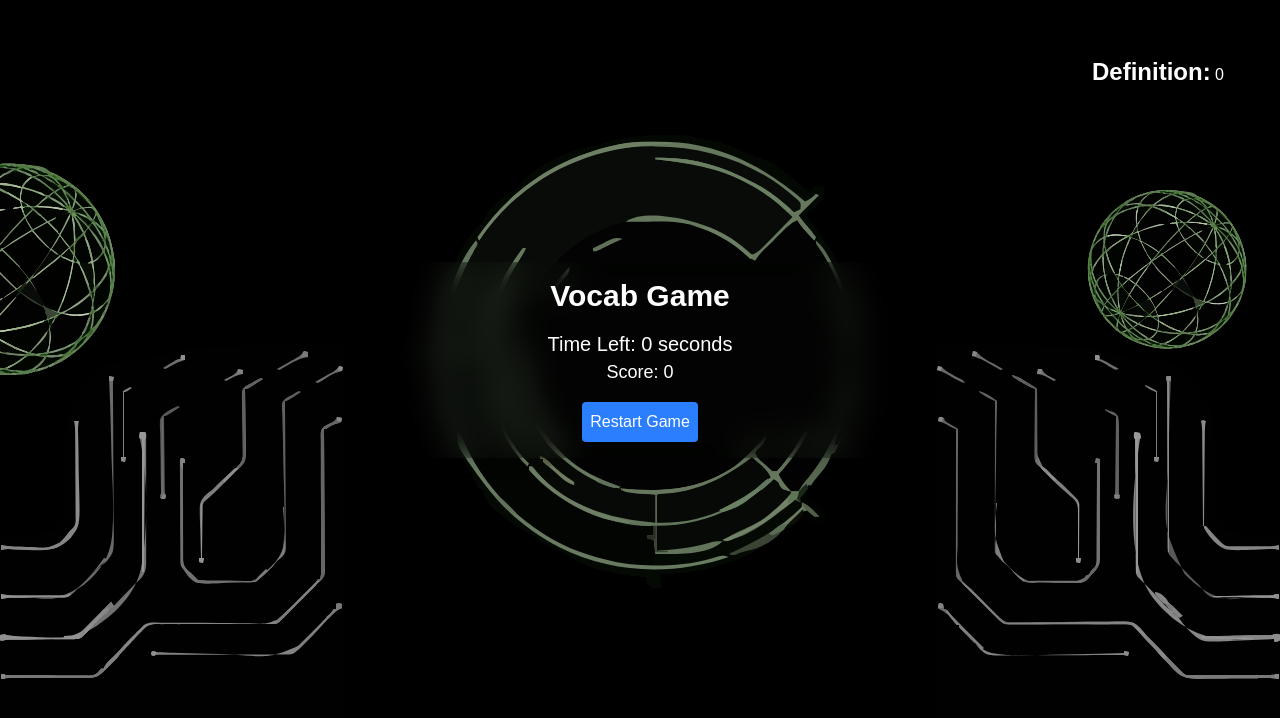
Repository: oxniw/bio-vocab
Page: /game
These files come from the project's save history. The page is drawn as it stood at one moment and after the next save; the edit follows.
The browser window is 1280 px wide. The pictures show the whole page.
The project was rebuilt for these pictures with package versions that can differ from the ones it lists, and the page was loaded fresh each time. The framework's server and built-in components were replaced by stand-ins that run in the browser. Also part of the build but not shown: next.config.ts.

Above is the page before, as saved 2025-04-05 12:29:29.

### src/app/game/page.jsx
'use client';

import { useState, useEffect } from 'react';
import Image from 'next/image';
const words = [
  { word: "Active transport", definition: "ลำเลียงสารเข้าออกเซลล์" },
  { word: "Cleavage furrow", definition: "การคอดกิ่วเซลล์" },
  { word: "Food vacuole", definition: "ออแกเนลล์เก็บอาหาร" },
  { word: "Fermentation", definition: "กระบวนการสร้างแอลกอฮอล์" },
  { word: "Kinetochore", definition: "โปรตีนที่เซนโทรเมียร์" },
  { word: "Mitochondria", definition: "ออแกเนลล์สร้างพลังงาน" },
  { word: "Phosphorylation", definition: "กระบวนการสร้าง ATP" },
  { word: "Tonicity", definition: "สภาพตึงตัว" },
  { word: "Replication fork", definition: "จุดแยกการจำลองตัว" },
  { word: "Dihybrid cross", definition: "การผสมสองลักษณะ" },
  { word: "Vector", definition: "ดีเอ็นเอพาหะ" },
  { word: "Complete flower", definition: "ดอกสมบูรณ์" },
  { word: "Aerating root", definition: "รากหายใจ" },
  { word: "Cladophyll", definition: "ลำต้นคล้ายใบ" },
  { word: "Leaf tendril", definition: "ใบมือเกาะ" },
  { word: "Tendril stem", definition: "ลำต้นมือเกาะ" },
  { word: "Suberin", definition: "สารที่มีคุณสมบัติกันน้ำ" },
  { word: "Thorny root wood", definition: "รากหนาม" },
  { word: "Vein", definition: "เส้นใบ" },
  { word: "Senescence", definition: "การเสื่อมตามอายุ" },
  { word: "Capacitance vessel", definition: "หลอดเลือดที่มีความจุ" },
  { word: "Cardiac cycle", definition: "รอบการทำงานของหัวใจ" },
  { word: "Left atrium", definition: "เอเทรียมซ้าย" },
  { word: "Pericardium", definition: "ถุงเยื้อหุ้มหัวใจ" },
  { word: "B-lymphocyte", definition: "เม็ดเลือดขาวชนิดบี" },
  { word: "cell body", definition: "ตัวเซลล์" },
  { word: "Beta - cell", definition: "เซลล์บีต้า" },
  { word: "Simple goiter", definition: "คอพอก ธรรมดา" },
  { word: "Receptor", definition: "หน่วยรับความรู้สึก" },
  { word: "Hiccup", definition: "การสะอึก" },
  { word: "Glomerulus", definition: "กลุ่มเส้นเลือดฝอย" },
  { word: "Vasa recta", definition: "กลุ่มหลอดเลือดฝอย" },
  { word: "Vena cava", definition: "หลอดเลือดกลุ่มเวนขนาดใหญ่" },
  { word: "Phagocytic cell", definition: "เซลล์ฟาโกไซต์" },
  { word: "Action potential", definition: "การเกิดกระแสประสาท" },
  { word: "Free nerve ending", definition: "ปลายประสาทอิสระ" },
  { word: "Nerve ring", definition: "เส้นประสาทวงแหวน" },
  { word: "Rod cell", definition: "เซลล์รูปแท่ง" },
  { word: "Poly A tail", definition: "โครงสร้างเติมสาย mRNA" },
  { word: "Acetyl CoA", definition: "สารตัวกลางกระบวนการหายใจ" },
  { word: "Hydrogen peroxide", definition: "สารที่เป็นพิษต่อเซลล์" },
  { word: "Somatic cell", definition: "เซลล์ร่างกาย" },
  { word: "Deletion", definition: "การขาดหาย" },
  { word: "Insertion", definition: "การเพิ่มขึ้น" },
  { word: "Nucleoplasm", definition: "ของเหลวภายในนิวเคียส" },
  { word: "Nuclear envelop", definition: "เยื้อหุ้มนิวเคียส" },
  { word: "Divergent evolution", definition: "วิวัฒนาการ เบนออก" },
  { word: "Fossil", definition: "ซากดึกดำบรรพ์" },
  { word: "Living fossil", definition: "สิ่งมีชีวิตคงสภาพดึกดำบรรพ์" },
  { word: "Analogous structure", definition: "โครงสร้างกำเนิดต่างกัน" },
  { word: "Molecule marker", definition: "เครื่องหมายโมเลกุล" },
  { word: "Incomplete dominance", definition: "ความเด่นไม่สมบูรณ์" },
  { word: "Perennial plant", definition: "พืชหลายปี" },
  { word: "Species", definition: "ชนิดของสิ่งมีชีวิต" },
  { word: "Chromatid", definition: "แขนของโครโมโซม" },
  { word: "Lysosome", definition: "ออร์แกเนลล์ที่มีเอนไซม์" },
  { word: "Genotype", definition: "การเขียนคู่ของยีน" },
  { word: "Polygene", definition: "การถ่ายทอดลักษณะทางพันธุกรรม" },
  { word: "Hybrid", definition: "สายพันธุ์ทาง" },
  { word: "Apoptosis", definition: "กระบวนการตายของเซลล์" },
  { word: "Ring canal", definition: "ท่อวงแหวนที่อยู่รอบปาก" },
  { word: "Ventilation", definition: "การระบายอากาศ" },
  { word: "Transportation", definition: "การขนส่งแก๊ส" },
  { word: "Thymus gland", definition: "ต่อมไทมัส" },
  { word: "Anus", definition: "ทวารหนัก" },
  { word: "Crop", definition: "กระเพาะพัก" },
  { word: "Bronchi", definition: "ขั้วปอด" },
  { word: "Chyme", definition: "อาหารที่คล้ายซุป" },
  { word: "Constipation", definition: "ท้องผูก" },
  { word: "Defaecation", definition: "การถ่ายอุจจาระ" },
  { word: "Esophagus", definition: "หลอดอาหาร" },
  { word: "Enamel", definition: "สารเคลือบฟัน" },
  { word: "Bile salt", definition: "เกลือน้ำดี" },
  { word: "Buccal cavity", definition: "กระพุ้งแก้ม" },
  { word: "Lymph organ", definition: "อวัยวะน้ำเหลือง" },
  { word: "Lymphatic vessel", definition: "หลอดน้ำเหลือง" },
  { word: "Papillary muscle", definition: "กล้ามเนื้อหัวใจที่นูนขึ้นมา" },
  { word: "Plasma", definition: "น้ำเลือด" },
  { word: "Vasoconstriction", definition: "การหดตัวของเลือด" },
  { word: "Immune system", definition: "ระบบภูมิคุ้มกัน" },
  { word: "Internal defense", definition: "การป้องกันภายใน" },
  { word: "T-lymphocyte", definition: "เซลล์เม็ดเลือดขาว ชนิดที" }
];

export default function VocabGame() {
  const [currentWord, setCurrentWord] = useState('');
  const [currentDef, setCurrentDef] = useState('');
  const [score, setScore] = useState(0);
  const [timeLeft, setTimeLeft] = useState(5);
  const [gameOver, setGameOver] = useState(false);
  const [scores,setScores] = useState(0)
  useEffect(() => {
    console.log(localStorage.getItem("score"))
    startGame();
  }, []);

  useEffect(() => {

    if (timeLeft > 0) {
      const timer = setTimeout(() => setTimeLeft(timeLeft - 1), 1000);
      return () => clearTimeout(timer);
    } else {
      setGameOver(true);
      localStorage.setItem("score", scores + score)
    }
  }, [timeLeft]);
  useEffect(() => {
    let storedScore = localStorage.getItem("score");
    if (storedScore === null) {
      localStorage.setItem("score", 0);
      setScores(0);
    } else {
      setScores(parseInt(storedScore));
    }
  }, []);

  function getNewWord() {
    const wordObj = words[Math.floor(Math.random() * words.length)];
    const useCorrectDef = Math.random() > 0.5;
    setCurrentWord(wordObj.word);
    setCurrentDef(useCorrectDef ? wordObj.definition : words[Math.floor(Math.random() * words.length)].definition);
  }

  function startGame() {
    setScore(0);
    setTimeLeft(5);
    setGameOver(false);
    getNewWord();
  }

  function handleAnswer(isCorrect) {
    if (!gameOver) {
      const correctDef = words.find(w => w.word === currentWord).definition === currentDef;
      setScore(prev => prev + (correctDef === isCorrect ? 1 : -1));
      getNewWord();
    }
  }

  return (
    <div className=" items-center justify-center flex bg-black h-screen overflow-x-hidden relative">
      <Image
      className="absolute top-24 -left-36 rotate-45"
      src="/com/cysphere.svg"
      alt="Next.js logo"
      width={612/2 }
      height={408/2 }
      priority
      />
      <Image
      className="absolute top-24 -right-10 rotate-45 scale-75"
      src="/com/cysphere.svg"
      alt="Next.js logo"
      width={612/2 }
      height={408/2 }
      priority
      />
      <Image
      className="absolute bottom-0 left-0 "
      src="/com/cyd3.svg"
      alt="Next.js logo"
      width={343 }
      height={411 }
      priority
      />
      <Image
      className="absolute bottom-0 right-0 "
      src="/com/cy2d.svg"
      alt="Next.js logo"
      width={343 }
      height={411 }
      priority
      />
      <Image
      className="absolute scale-125"
      src="/com/cy4d.svg"
      alt="Next.js logo"
      width={343 }
      height={411 }
      priority
      />
      <div className='w-full h-screen  flex items-center absolute text-white justify-center overflow-hidden '>
      <div className="absolute top-14 right-14">
        <p><span className="font-bold text-2xl">Definition:</span> {localStorage.getItem("score")}</p>
      </div>
        <div className="flex-col flex items-center w-full p-4  max-w-xl rounded-2xl shadow-lg bg-gradient-to-r bg-opacity-10 backdrop-blur-lg ">
        <h1 className="text-3xl font-bold mb-4 transition duration-300 hover:filter hover:drop-shadow-[0_0_36px_rgb(255,255,255)]">Vocab Game</h1>
        <p className="text-xl transition duration-300 hover:filter hover:drop-shadow-[0_0_36px_rgb(255,255,255)]">Time Left: {timeLeft} seconds</p>
        <p className="text-lg transition duration-300 hover:filter hover:drop-shadow-[0_0_36px_rgb(255,255,255)]">Score: {score}</p>
        {gameOver ? (
          <button className="mt-4 p-2 bg-blue-500 text-white rounded transition duration-300 hover:filter hover:drop-shadow-[0_0_36px_rgb(0,0,255)]" onClick={startGame}>
            Restart Game
          </button>
        ) : (
          <>
            <p className="text-2xl font-semibold mt-4 transition duration-300 hover:filter hover:drop-shadow-[0_0_36px_rgb(255,255,255)]">{currentWord}</p>
            <p className="text-lg italic mb-4 transition duration-300 hover:filter hover:drop-shadow-[0_0_36px_rgb(255,255,255)]">"{currentDef} "</p>
            <div className="flex gap-4">
              <button className="p-2 bg-green-500 text-white rounded transition duration-300 hover:filter hover:drop-shadow-[0_0_36px_rgb(0,255,0)]" onClick={() => handleAnswer(true)}>
                Yes
              </button>
              <button className="p-2 bg-red-500 text-white rounded transition duration-300 hover:filter hover:drop-shadow-[0_0_36px_rgb(255,0,0)]" onClick={() => handleAnswer(false)}>
                No
              </button>
            </div>
          </>
        )}
        </div>

      </div>


    </div>

  );
}

Loaded but not shown: src/app/layout.tsx (common file); src/app/globals.css (common file)

After the next save:
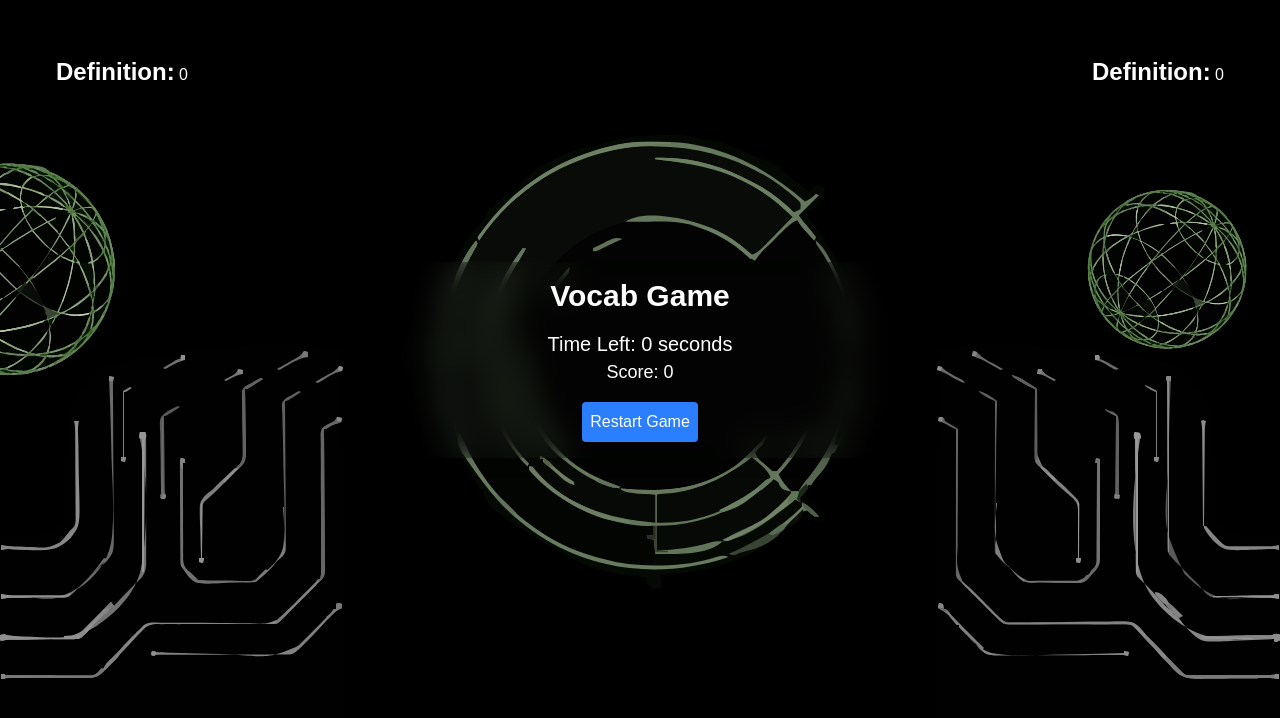
Saved 82 s later.
--- a/src/app/game/page.jsx
+++ b/src/app/game/page.jsx
@@ -111,6 +111,7 @@
   }, [timeLeft]);
   useEffect(() => {
     let storedScore = localStorage.getItem("score");
+
     if (storedScore === null) {
       localStorage.setItem("score", 0);
       setScores(0);
@@ -185,6 +186,9 @@
       />
       <div className='w-full h-screen  flex items-center absolute text-white justify-center overflow-hidden '>
       <div className="absolute top-14 right-14">
+        <p><span className="font-bold text-2xl">Definition:</span> {localStorage.getItem("score")}</p>
+      </div>
+      <div className="absolute top-14 left-14">
         <p><span className="font-bold text-2xl">Definition:</span> {localStorage.getItem("score")}</p>
       </div>
         <div className="flex-col flex items-center w-full p-4  max-w-xl rounded-2xl shadow-lg bg-gradient-to-r bg-opacity-10 backdrop-blur-lg ">
